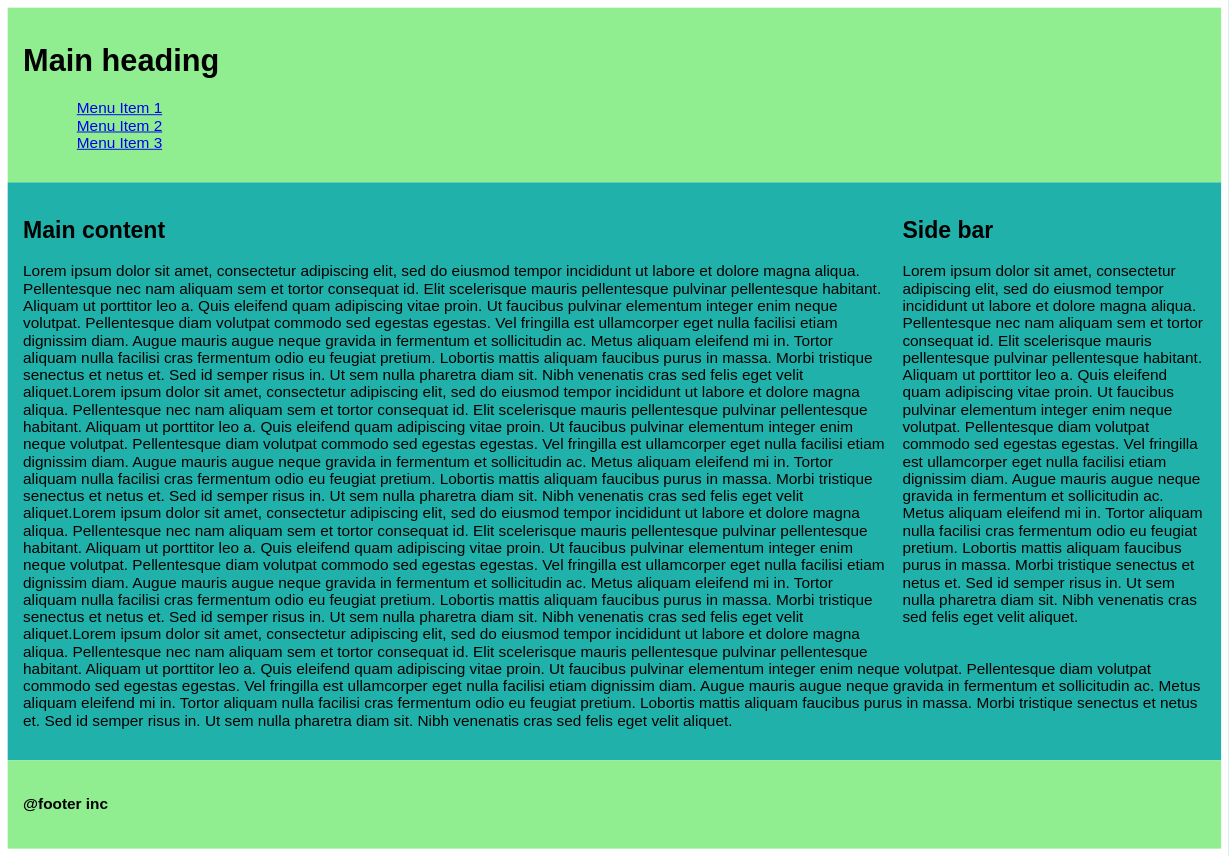
Repository: lasity34/first_layout
Page: index.html
An editor plug-in stored every save of this project. The page is shown before and after the next save, followed by the edit.
The browser window is 1280 px wide. The pictures show the whole page, at 96% of full size.

Above is the page before, as saved 2023-03-06 11:10:03.

### index.html
<!DOCTYPE html>
<html lang="en">
<head>
    <meta charset="UTF-8">
    <meta http-equiv="X-UA-Compatible" content="IE=edge">
    <meta name="viewport" content="width=device-width, initial-scale=1.0">
    <title>Document</title>
    <style>
        body {
            font-family: Arial, Helvetica, sans-serif;
        }

        .header {
            background-color: lightgreen;
            padding: 1em;
        }

        .main {
            background-color: lightseagreen;
        }

        .footer {
            background-color: lightgreen;
            padding: 1em;
        }

        .side-bar {
            float: left;
            width: 25%;
            padding: 1em;
        }

        .clearfix {
            overflow: auto;
            zoom: 1;
        }

        .content {
            padding: 1em;
        }

        .menu li {
            list-style: none;
            margin: 0;
            padding: 0;
        }

        .menu a {
            padding: 1em;
        }

        @media (min-width: 800px) {
            .side-bar {
                float: right;
                width: 25%;
            }
        }
    </style>
</head>
<body>
    <div class="container">
        <div class="header">
            <h1>Main heading</h1>
            <ul class="menu">
                <li><a href="#">Menu Item 1</a></li>
                <li><a href="#">Menu Item 2</a></li>
                <li><a href="#">Menu Item 3</a></li>
            </ul>
        </div>
        <div class="main clearfix">
            <div class="side-bar">
                <h2>Side bar</h2>
                <p>Lorem ipsum dolor sit amet, consectetur adipiscing elit,
                    sed do eiusmod tempor incididunt ut labore et dolore magna aliqua.
                    Pellentesque nec nam aliquam sem et tortor consequat id.
                    Elit scelerisque mauris pellentesque pulvinar pellentesque habitant.
                    Aliquam ut porttitor leo a. Quis eleifend quam adipiscing vitae proin.
                    Ut faucibus pulvinar elementum integer enim neque volutpat.
                    Pellentesque diam volutpat commodo sed egestas egestas.
                    Vel fringilla est ullamcorper eget nulla facilisi etiam dignissim diam.
                    Augue mauris augue neque gravida in fermentum et sollicitudin ac.
                    Metus aliquam eleifend mi in.
                    Tortor aliquam nulla facilisi cras fermentum odio eu feugiat pretium.
                    Lobortis mattis aliquam faucibus purus in massa.
                    Morbi tristique senectus et netus et. Sed id semper risus in.
                    Ut sem nulla pharetra diam sit.
                    Nibh venenatis cras sed felis eget velit aliquet.</p>
            </div>
            <div class="content">
                <h2>Main content</h2>
                <p>Lorem ipsum dolor sit amet, consectetur adipiscing elit,
                    sed do eiusmod tempor incididunt ut labore et dolore magna aliqua.
                    Pellentesque nec nam aliquam sem et tortor consequat id.
                    Elit scelerisque mauris pellentesque pulvinar pellentesque habitant.
                    Aliquam ut porttitor leo a. Quis eleifend quam adipiscing vitae proin.
                    Ut faucibus pulvinar elementum integer enim neque volutpat.
                    Pellentesque diam volutpat commodo sed egestas egestas.
                    Vel fringilla est ullamcorper eget nulla facilisi etiam dignissim diam.
                    Augue mauris augue neque gravida in fermentum et sollicitudin ac.
                    Metus aliquam eleifend mi in.
                    Tortor aliquam nulla facilisi cras fermentum odio eu feugiat pretium.
                    Lobortis mattis aliquam faucibus purus in massa.
                    Morbi tristique senectus et netus et. Sed id semper risus in.
                    Ut sem nulla pharetra diam sit.
                    Nibh venenatis cras sed felis eget velit aliquet.Lorem ipsum dolor sit amet, consectetur adipiscing elit,
                    sed do eiusmod tempor incididunt ut labore et dolore magna aliqua.
                    Pellentesque nec nam aliquam sem et tortor consequat id.
                    Elit scelerisque mauris pellentesque pulvinar pellentesque habitant.
                    Aliquam ut porttitor leo a. Quis eleifend quam adipiscing vitae proin.
                    Ut faucibus pulvinar elementum integer enim neque volutpat.
                    Pellentesque diam volutpat commodo sed egestas egestas.
                    Vel fringilla est ullamcorper eget nulla facilisi etiam dignissim diam.
                    Augue mauris augue neque gravida in fermentum et sollicitudin ac.
                    Metus aliquam eleifend mi in.
                    Tortor aliquam nulla facilisi cras fermentum odio eu feugiat pretium.
                    Lobortis mattis aliquam faucibus purus in massa.
                    Morbi tristique senectus et netus et. Sed id semper risus in.
                    Ut sem nulla pharetra diam sit.
                    Nibh venenatis cras sed felis eget velit aliquet.Lorem ipsum dolor sit amet, consectetur adipiscing elit,
                    sed do eiusmod tempor incididunt ut labore et dolore magna aliqua.
                    Pellentesque nec nam aliquam sem et tortor consequat id.
                    Elit scelerisque mauris pellentesque pulvinar pellentesque habitant.
                    Aliquam ut porttitor leo a. Quis eleifend quam adipiscing vitae proin.
                    Ut faucibus pulvinar elementum integer enim neque volutpat.
                    Pellentesque diam volutpat commodo sed egestas egestas.
                    Vel fringilla est ullamcorper eget nulla facilisi etiam dignissim diam.
                    Augue mauris augue neque gravida in fermentum et sollicitudin ac.
                    Metus aliquam eleifend mi in.
                    Tortor aliquam nulla facilisi cras fermentum odio eu feugiat pretium.
                    Lobortis mattis aliquam faucibus purus in massa.
                    Morbi tristique senectus et netus et. Sed id semper risus in.
                    Ut sem nulla pharetra diam sit.
                    Nibh venenatis cras sed felis eget velit aliquet.Lorem ipsum dolor sit amet, consectetur adipiscing elit,
                    sed do eiusmod tempor incididunt ut labore et dolore magna aliqua.
                    Pellentesque nec nam aliquam sem et tortor consequat id.
                    Elit scelerisque mauris pellentesque pulvinar pellentesque habitant.
                    Aliquam ut porttitor leo a. Quis eleifend quam adipiscing vitae proin.
                    Ut faucibus pulvinar elementum integer enim neque volutpat.
                    Pellentesque diam volutpat commodo sed egestas egestas.
                    Vel fringilla est ullamcorper eget nulla facilisi etiam dignissim diam.
                    Augue mauris augue neque gravida in fermentum et sollicitudin ac.
                    Metus aliquam eleifend mi in.
                    Tortor aliquam nulla facilisi cras fermentum odio eu feugiat pretium.
                    Lobortis mattis aliquam faucibus purus in massa.
                    Morbi tristique senectus et netus et. Sed id semper risus in.
                    Ut sem nulla pharetra diam sit.
                    Nibh venenatis cras sed felis eget velit aliquet.</p>
            </div>
        </div>
        <div class="footer"><h4>@footer inc</h4></div>
    </div>
</body>
</html>

After the next save:
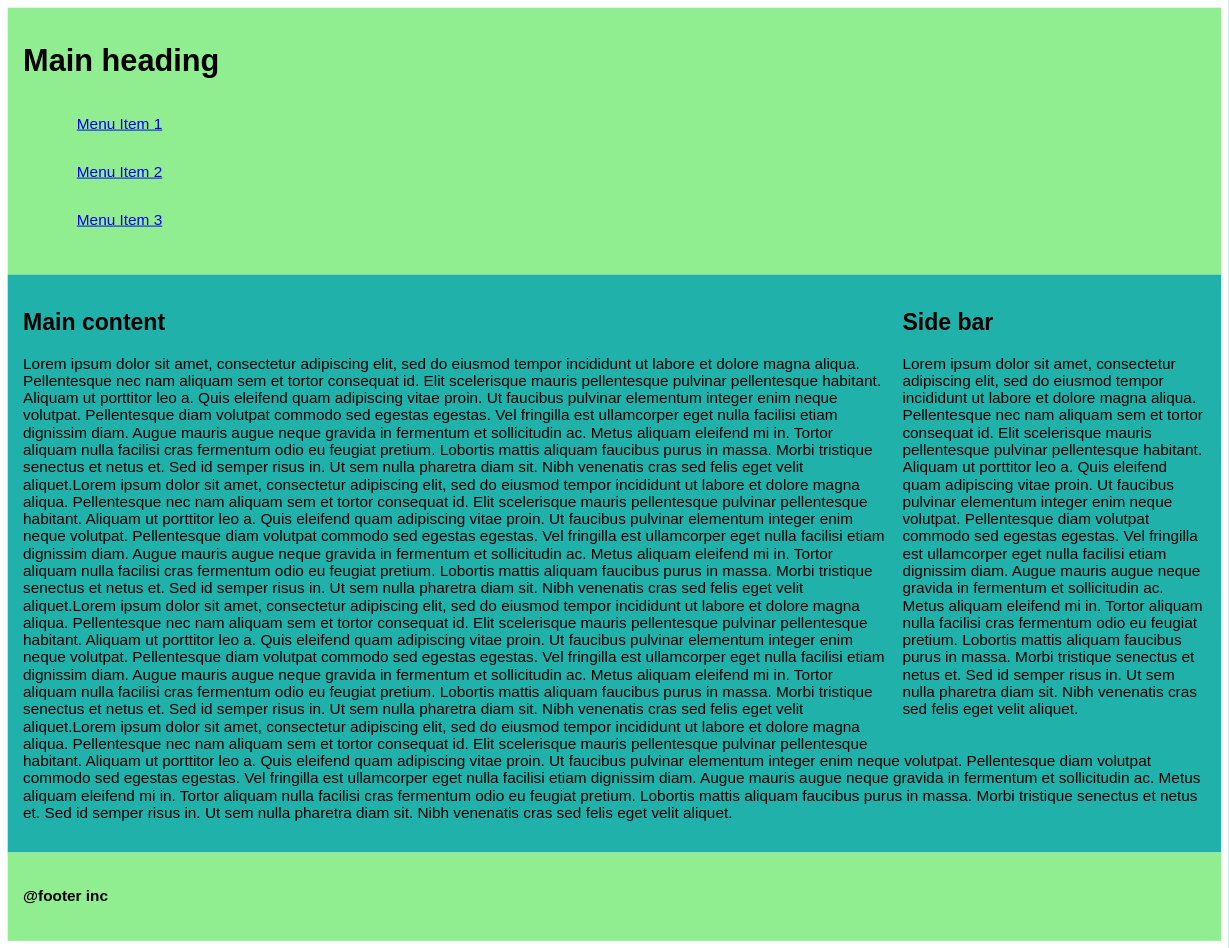
Saved 31 s later.
--- a/index.html
+++ b/index.html
@@ -47,6 +47,8 @@
 
         .menu a {
             padding: 1em;
+            display: block;
+            width: 6em;
         }
 
         @media (min-width: 800px) {
